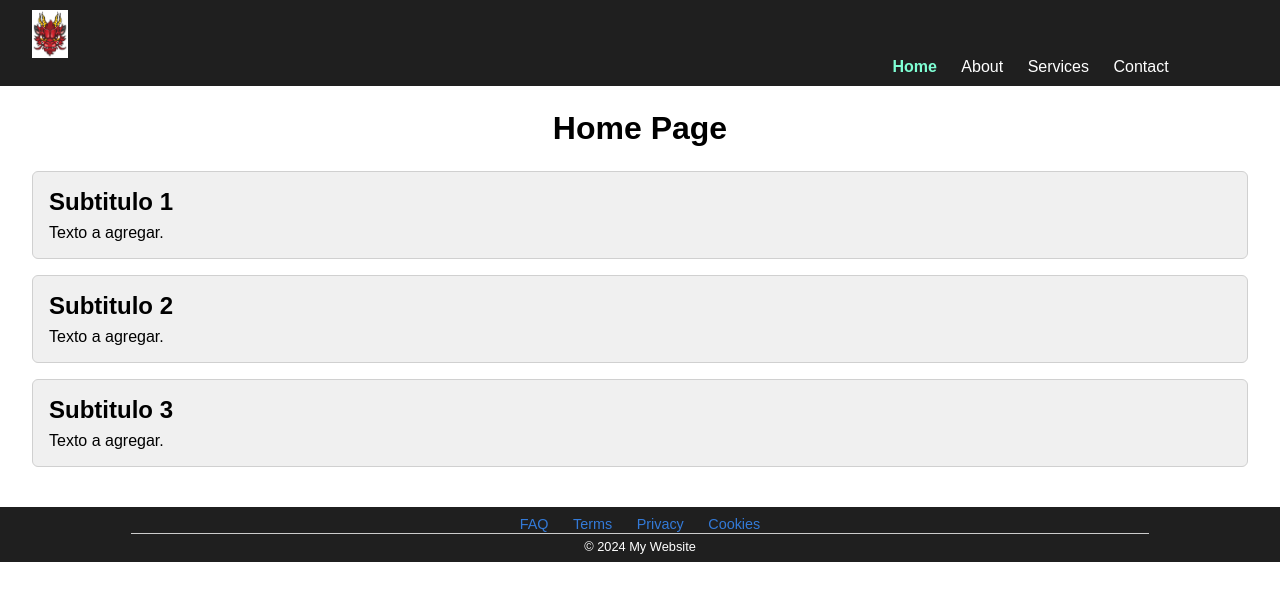
Repository: andreamm-lab/basic-navigation-example-2025-10
Page: index.html
These files come from the project's save history. The page is drawn as it stood at one moment and after the next save; the edit follows.
The browser window is 1280 px wide. The pictures show the whole page.

Above is the page before, as saved 2025-11-06 19:59:01.

After the next save:
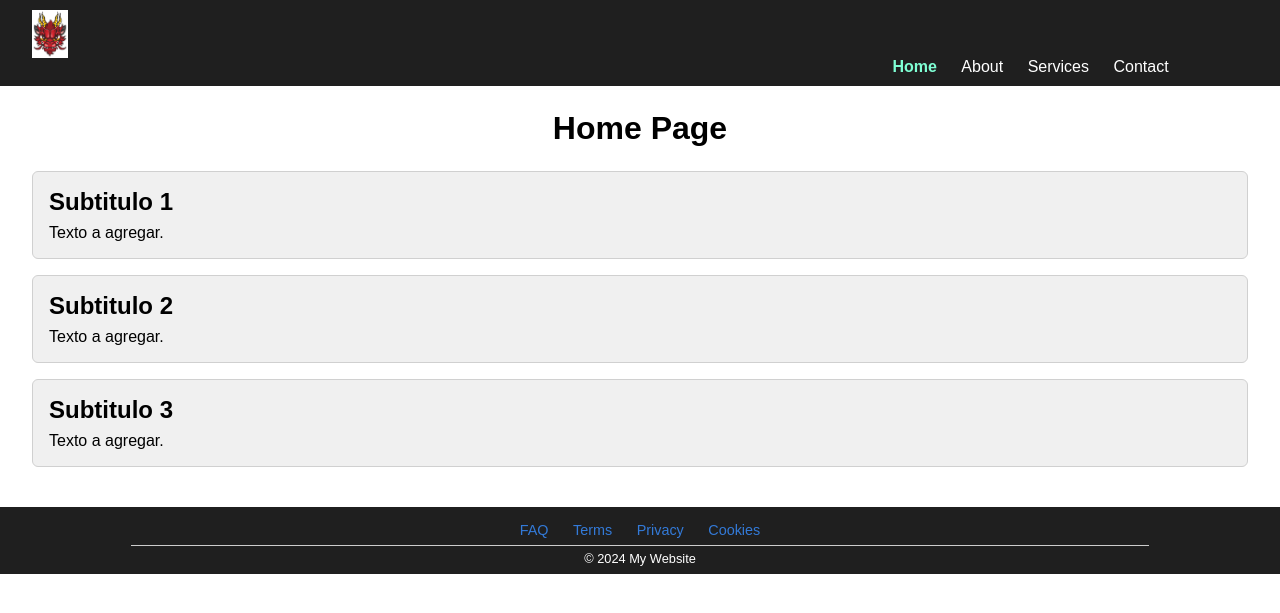
Saved 2 min 32 s later.
--- a/main.css
+++ b/main.css
@@ -176,11 +176,13 @@ main {
 
 /*4.-----------------------------------------------------Footer--------------------------------------------------- */
 
+footer nav {
+    padding: 6px 0px;
+    min-height: auto;
+    background-color: #1F1F1F;
+}
+
 /* FAQ, Terms, etc. */
-
-
-
-
 #main-footer nav ul {
     display: inline-block;
     list-style: none;
@@ -188,13 +190,6 @@ main {
 
 
 }
-+++++++++++
-
-#main-footer nav {
-    width: auto;
-    height: auto;
-}
-
 
 #main-footer nav ul li {
     display: inline-block;
